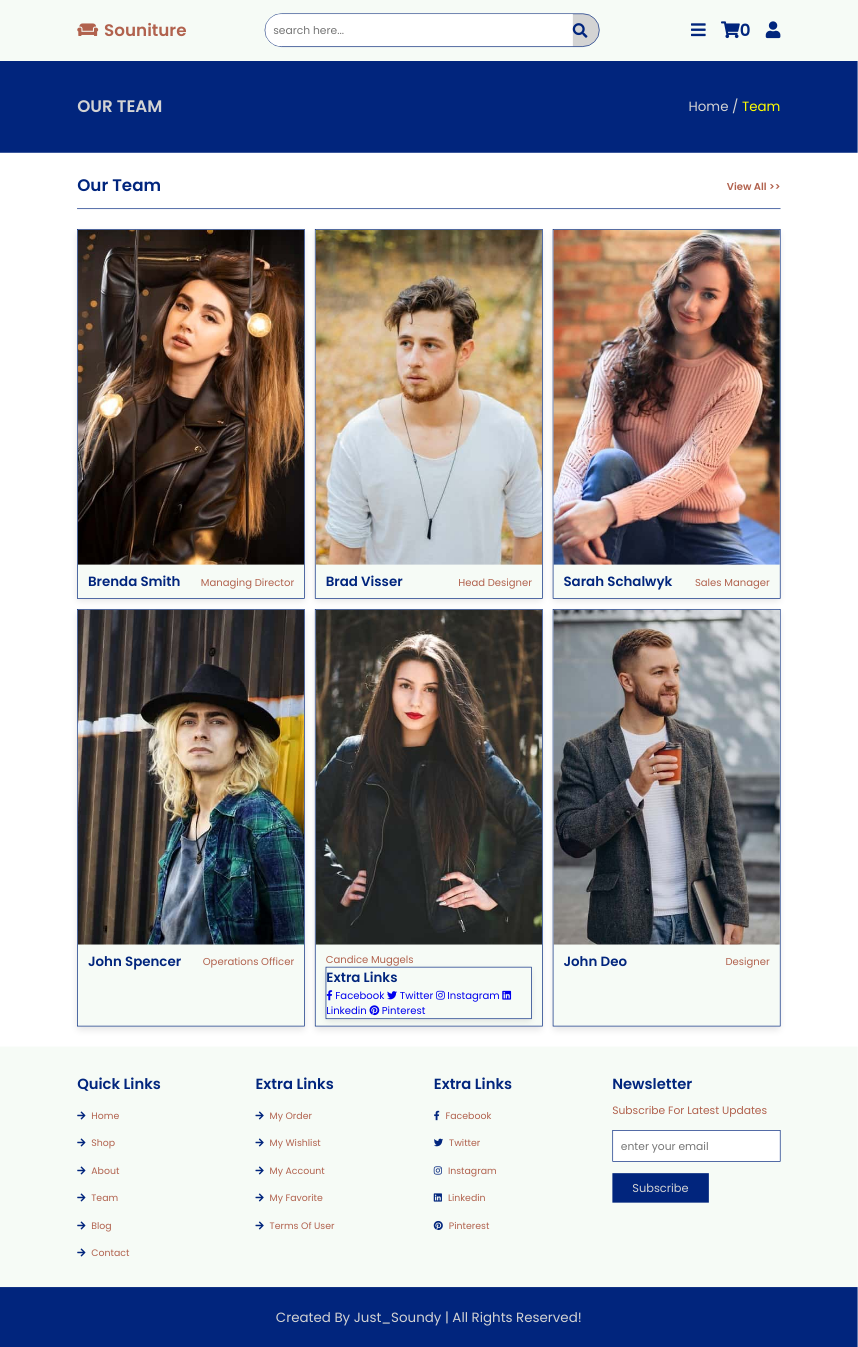
Repository: spencersoundy/furniture-store
Page: team.html
An editor plug-in stored every save of this project. The page is shown before and after the next save, followed by the edit.
The browser window is 1280 px wide. The pictures show the whole page, at 67% of full size.

Above is the page before, as saved 2023-05-04 14:50:16.
Console error: TypeError: Cannot read properties of null (reading 'addEventListener')

After the next save:
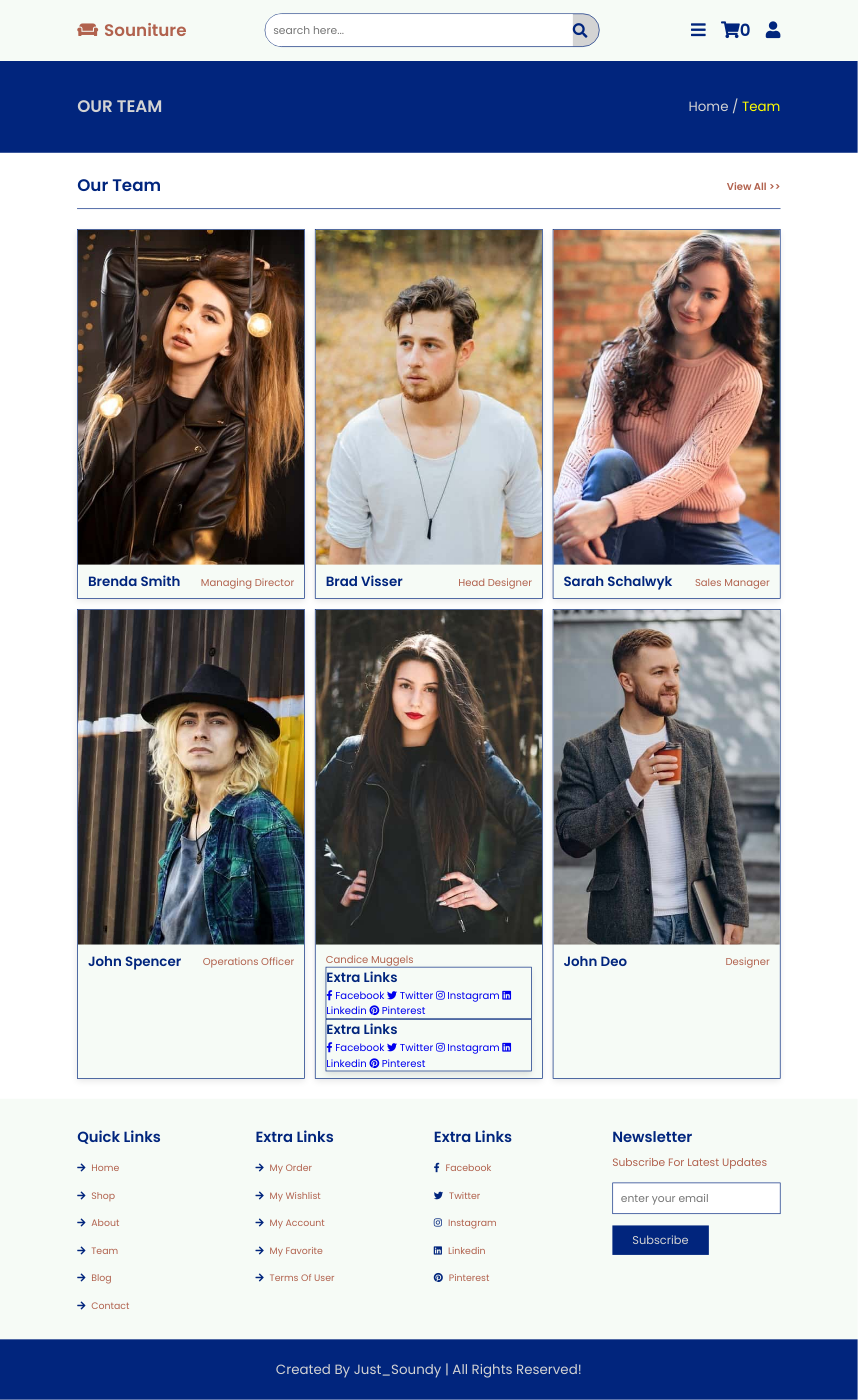
Saved 14 s later.
--- a/team.html
+++ b/team.html
@@ -190,6 +190,13 @@
                     <a href="https://www.instagram.com"> <i class="fab fa-instagram"></i> instagram</a>
                     <a href="http://wwww.linkedin.com"> <i class="fab fa-linkedin"></i> linkedin</a>
                     <a href="http://wwww.pinterest.com"> <i class="fab fa-pinterest"></i> pinterest</a>
+                </div> <div class="box">
+                    <h3>extra links</h3>
+                    <a href="https://www.facebook.com"> <i class="fab fa-facebook-f"></i> facebook</a>
+                    <a href="https://wwww.twitter.com"> <i class="fab fa-twitter"></i> twitter</a>
+                    <a href="https://www.instagram.com"> <i class="fab fa-instagram"></i> instagram</a>
+                    <a href="http://wwww.linkedin.com"> <i class="fab fa-linkedin"></i> linkedin</a>
+                    <a href="http://wwww.pinterest.com"> <i class="fab fa-pinterest"></i> pinterest</a>
                 </div></span>
             </div>
         </div>
